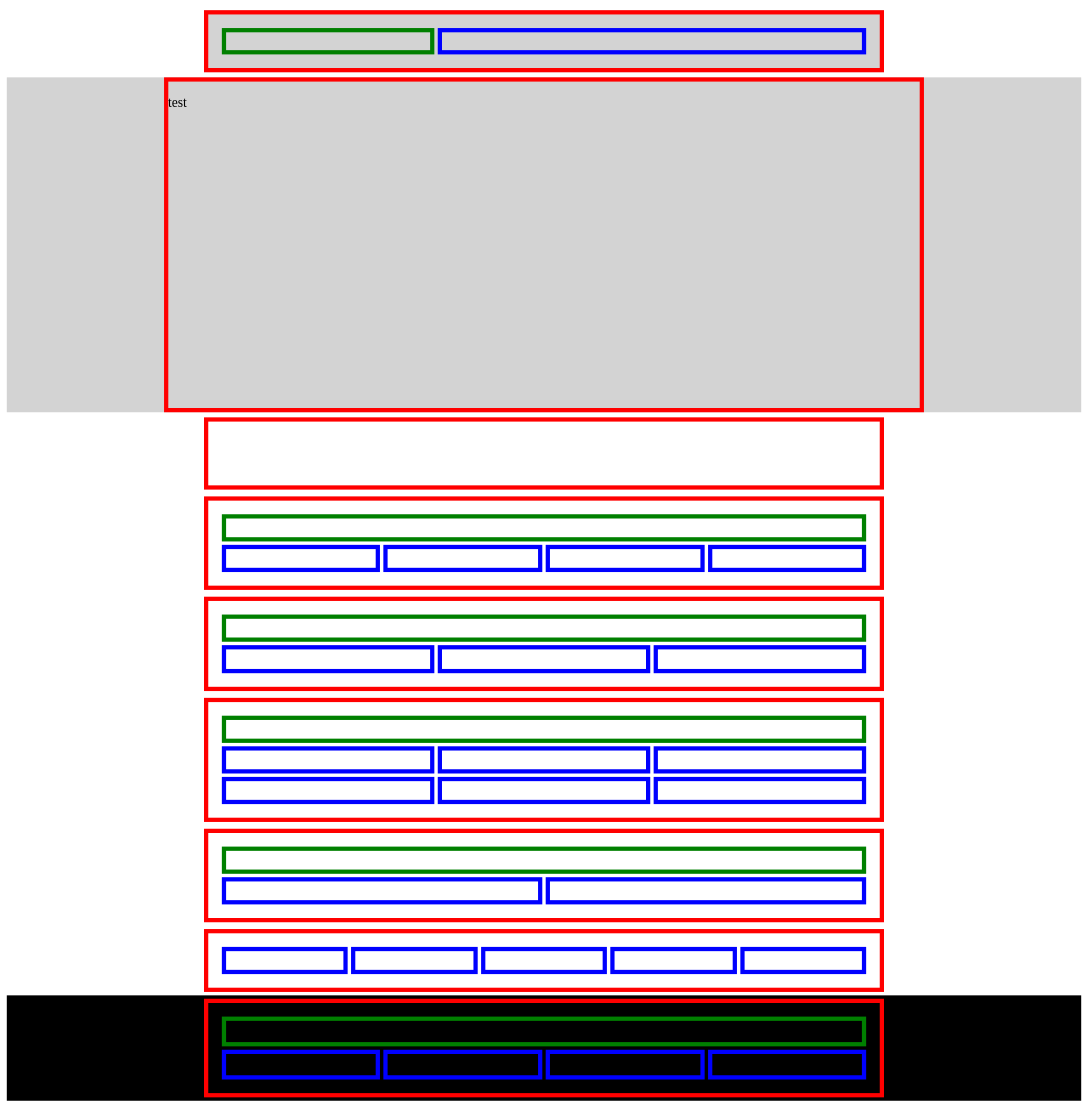
Repository: anderscederberg11/LAB2BG
Page: index.html
An editor plug-in stored every save of this project. The page is shown before and after the next save, followed by the edit.
The browser window is 1280 px wide. The pictures show the whole page, at 85% of full size.

Above is the page before, as saved 2024-02-01 21:06:48.

After the next save:
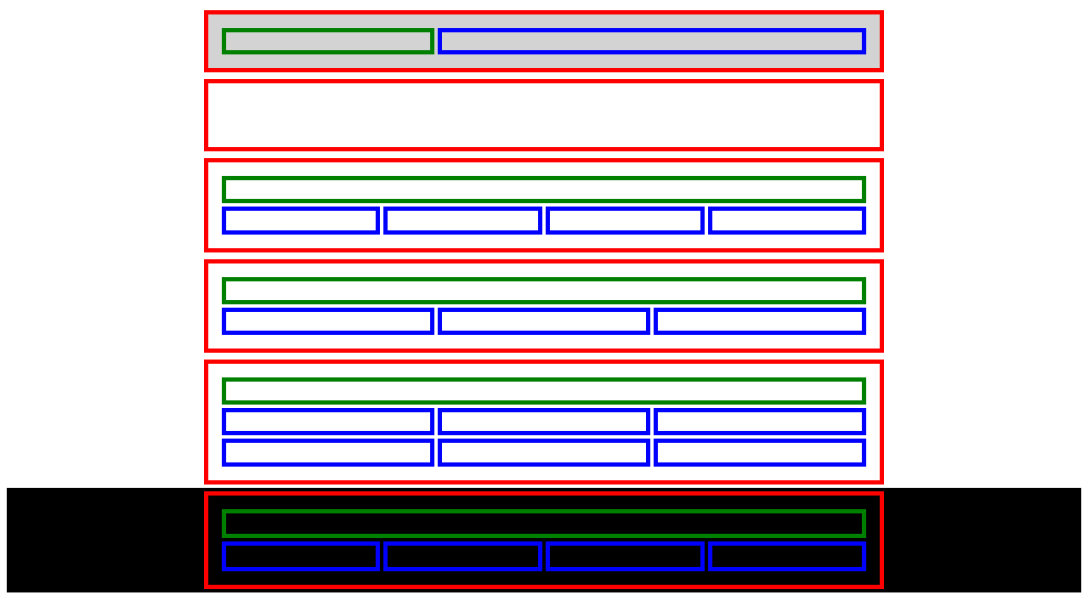
Saved 3 min 56 s later.
--- a/css/style.css
+++ b/css/style.css
@@ -61,45 +61,23 @@
   border: 5px solid green;
 }
 
-.sectionThree, .sectionFooter{
-  grid-template-columns: repeat(4, 1fr);
-  grid-template-rows: repeat(2, 1fr);
+.sectionOne, .sectionSix, .sectionSeven{
+  display: none;
 }
+.sectionThree, .sectionFour, .sectionFive{
+  grid-template-columns: repeat(1, 1fr);
+}
+.headerSectionThree, .headerSectionFour, .headerSectionFive{
+  grid-column: span 1;
+}
+.headerSectionThree{
 
-.headerSectionThree, .footerInfo{
-  grid-column: span 4;
 }
-
-.sectionFour{
-  grid-template-columns: repeat(3, 1fr);
-  grid-template-rows: repeat(2, 1fr);
+.sectionThree, .sectionFour{
+  grid-template-rows: repeat(5, 1fr);
 }
-
-.headerSectionFour{
-  grid-column: span 3;
-}
-
 .sectionFive{
-  grid-template-columns: repeat(3, 1fr);
-  grid-template-rows: repeat(3, 1fr);
-}
-
-.headerSectionFive{
-  grid-column: span 3;
-}
-
-.sectionSix{
-  grid-template-columns: repeat(2, 1fr);
-  grid-template-rows: repeat(2, 1fr);
-}
-
-.headerSectionSix{
-  grid-column: span 2;
-}
-
-.sectionSeven{
-  grid-template-columns: repeat(5, 1fr);
-  height:31.51px; /*REMOVE*/
+  grid-template-rows: repeat(7, 1fr);
 }
 
 .footerContainer{
@@ -123,26 +101,7 @@
 }
 
 /* Small only */
-@media screen and (max-width: 39.9375em) {
-  .sectionOne, .sectionSix, .sectionSeven{
-    display: none;
-  }
-  .sectionThree, .sectionFour, .sectionFive{
-    grid-template-columns: repeat(1, 1fr);
-  }
-  .headerSectionThree, .headerSectionFour, .headerSectionFive{
-    grid-column: span 1;
-  }
-  .headerSectionThree{
-
-  }
-  .sectionThree, .sectionFour{
-    grid-template-rows: repeat(5, 1fr);
-  }
-  .sectionFive{
-    grid-template-rows: repeat(7, 1fr);
-  }
-}
+@media screen and (max-width: 39.9375em) {}
 
 /* Medium and up */
 @media screen and (min-width: 40em) {}
@@ -173,7 +132,48 @@
 }
 
 /* Large and up */
-@media screen and (min-width: 64em) {}
+@media screen and (min-width: 64em) {
+  .sectionThree, .sectionFooter{
+    grid-template-columns: repeat(4, 1fr);
+    grid-template-rows: repeat(2, 1fr);
+  }
+
+  .headerSectionThree, .footerInfo{
+    grid-column: span 4;
+  }
+
+  .sectionFour{
+    grid-template-columns: repeat(3, 1fr);
+    grid-template-rows: repeat(2, 1fr);
+  }
+
+  .headerSectionFour{
+    grid-column: span 3;
+  }
+
+  .sectionFive{
+    grid-template-columns: repeat(3, 1fr);
+    grid-template-rows: repeat(3, 1fr);
+  }
+
+  .headerSectionFive{
+    grid-column: span 3;
+  }
+
+  .sectionSix{
+    grid-template-columns: repeat(2, 1fr);
+    grid-template-rows: repeat(2, 1fr);
+  }
+
+  .headerSectionSix{
+    grid-column: span 2;
+  }
+
+  .sectionSeven{
+    grid-template-columns: repeat(5, 1fr);
+    height:31.51px; /*REMOVE*/
+  }
+}
 
 /* Large only */
 @media screen and (min-width: 64em) and (max-width: 74.9375em) {}

After the save that followed:
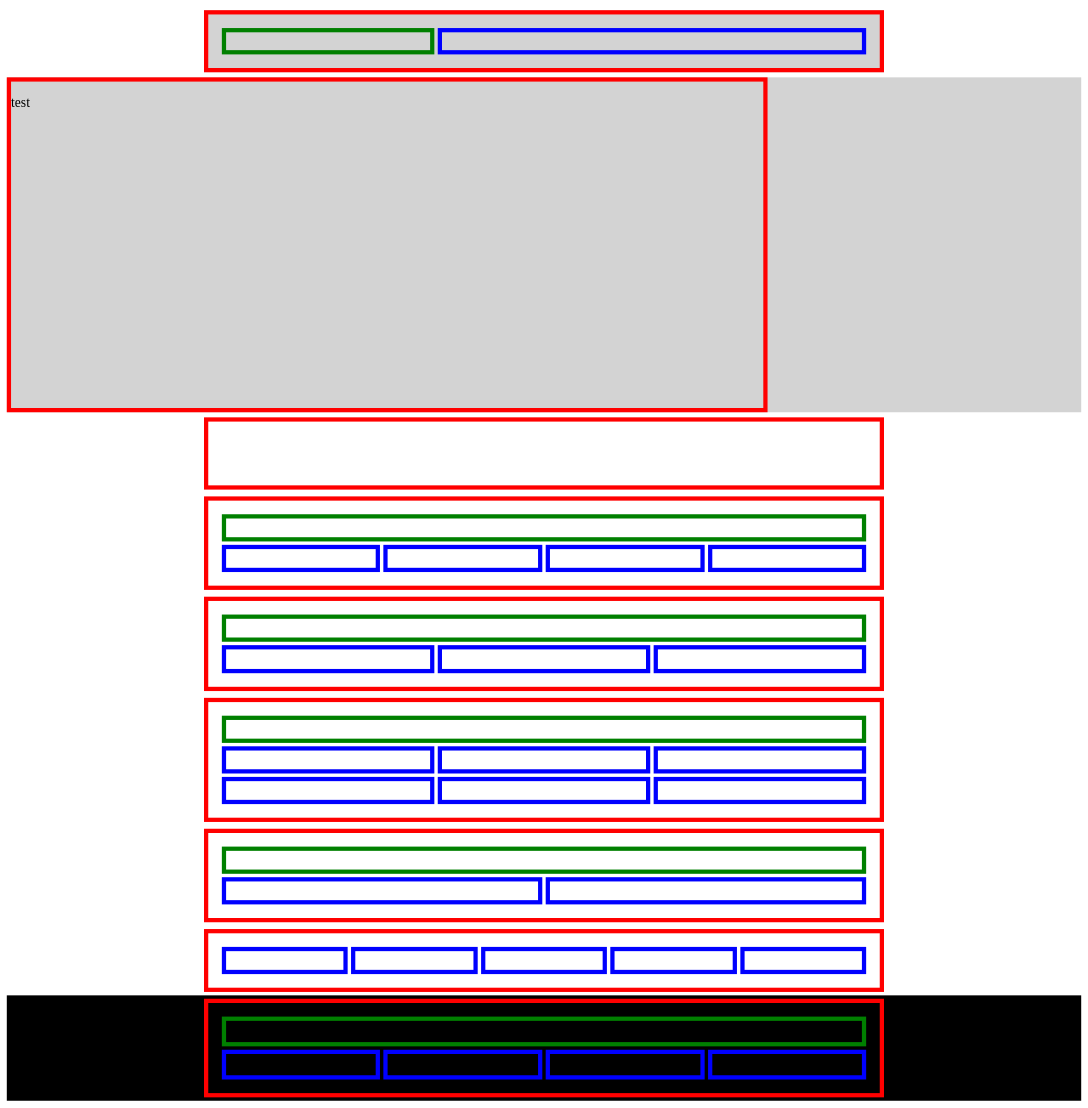
Saved 102 s later.
--- a/css/style.css
+++ b/css/style.css
@@ -133,6 +133,9 @@
 
 /* Large and up */
 @media screen and (min-width: 64em) {
+  .sectionOne, .sectionSix, .sectionSeven{
+    display: grid;
+  }
   .sectionThree, .sectionFooter{
     grid-template-columns: repeat(4, 1fr);
     grid-template-rows: repeat(2, 1fr);
